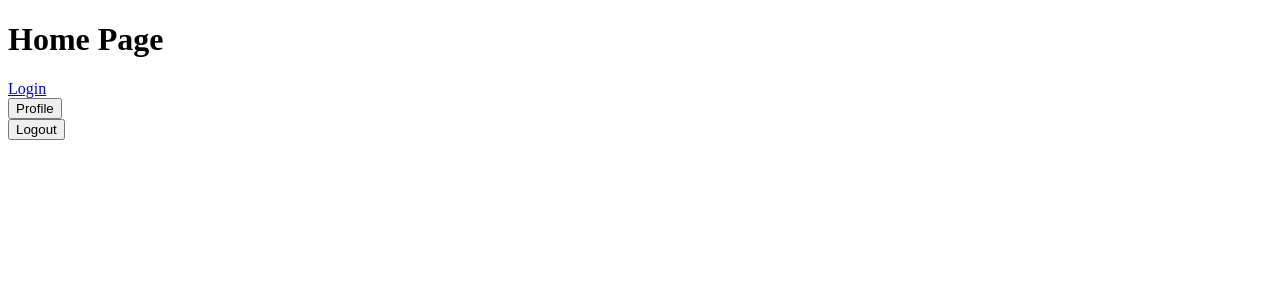
Repository: TarangPatel-Ai/J2EE
Page: Sessions/src/main/webapp/index.html
These files come from the project's save history. The page is drawn as it stood at one moment and after the next save; the edit follows.
The browser window is 1280 px wide. The pictures show the whole page.

Above is the page before, as saved 2025-10-20 17:43:31.

After the next save:
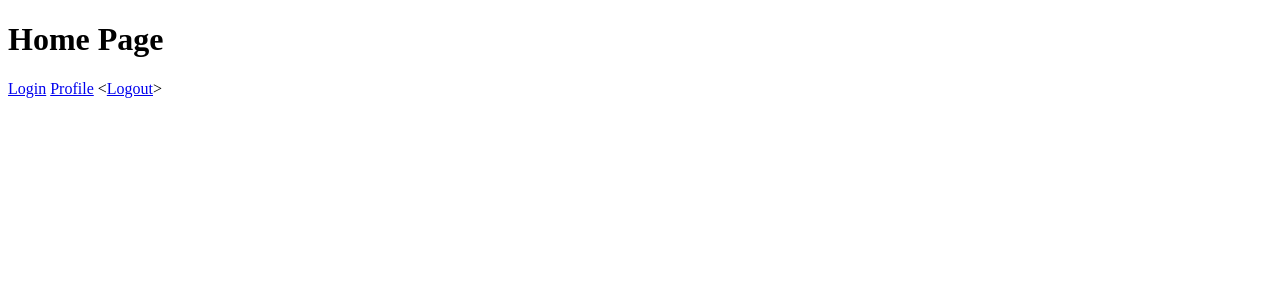
Saved 32 s later.
--- a/Sessions/src/main/webapp/index.html
+++ b/Sessions/src/main/webapp/index.html
@@ -7,11 +7,7 @@
 <body>
 <h1>Home Page</h1>
 <a href="login.html">Login</a>
-<form action="Profile" method="post" >
-<input type="submit" value="Profile">
-</form>
-<form action="Logout" method="post" >
-<input type="submit" value="Logout">
-</form>
+<a href="./Profile">Profile</a>
+<<a href="./Logout">Logout</a>>
 </body>
 </html>
